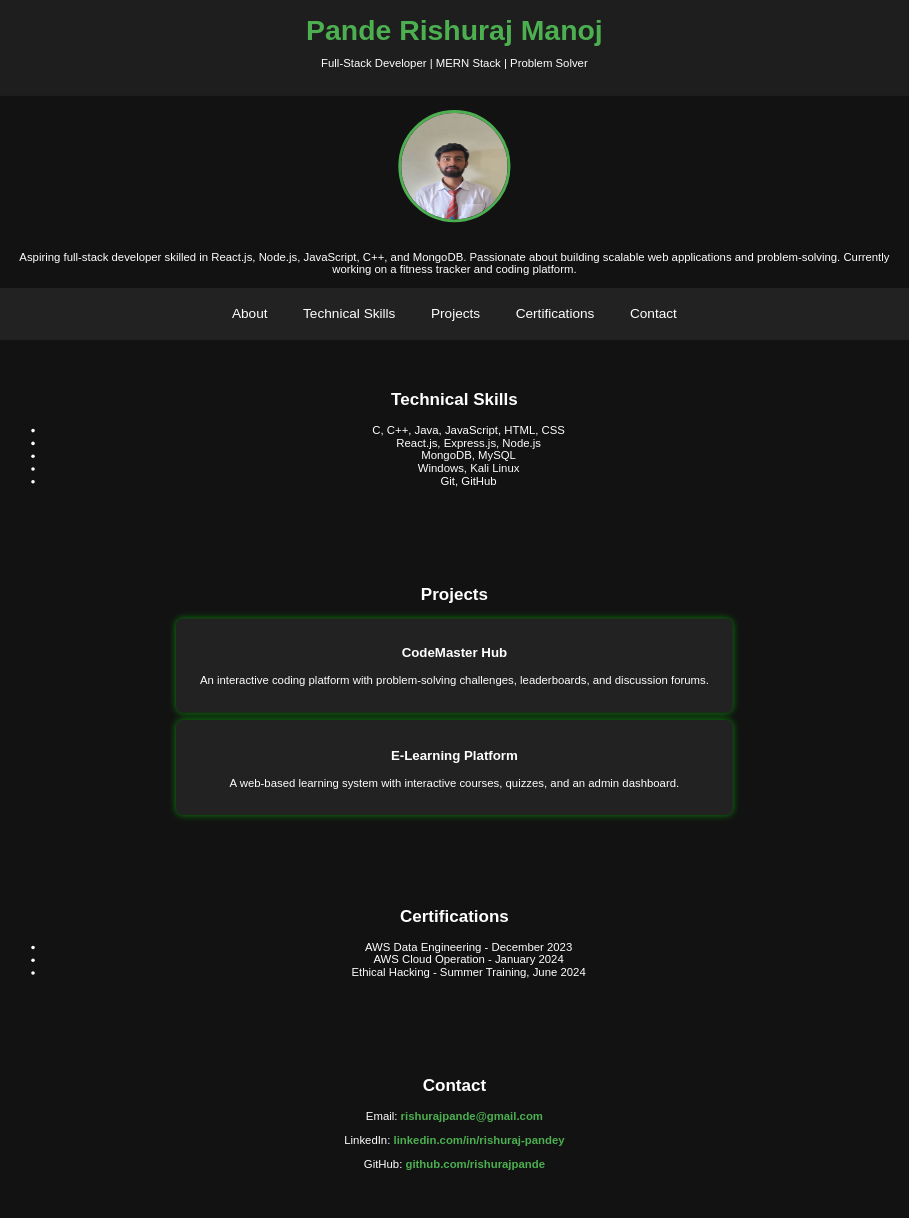
Repository: Rishuraj-Pandey/portfolio
Page: index.html
These files come from the project's save history. The page is drawn as it stood at one moment and after the next save; the edit follows.
The browser window is 1280 px wide. The pictures show the whole page, at 71% of full size.

Above is the page before, as saved 2025-03-22 00:47:51.

After the next save:
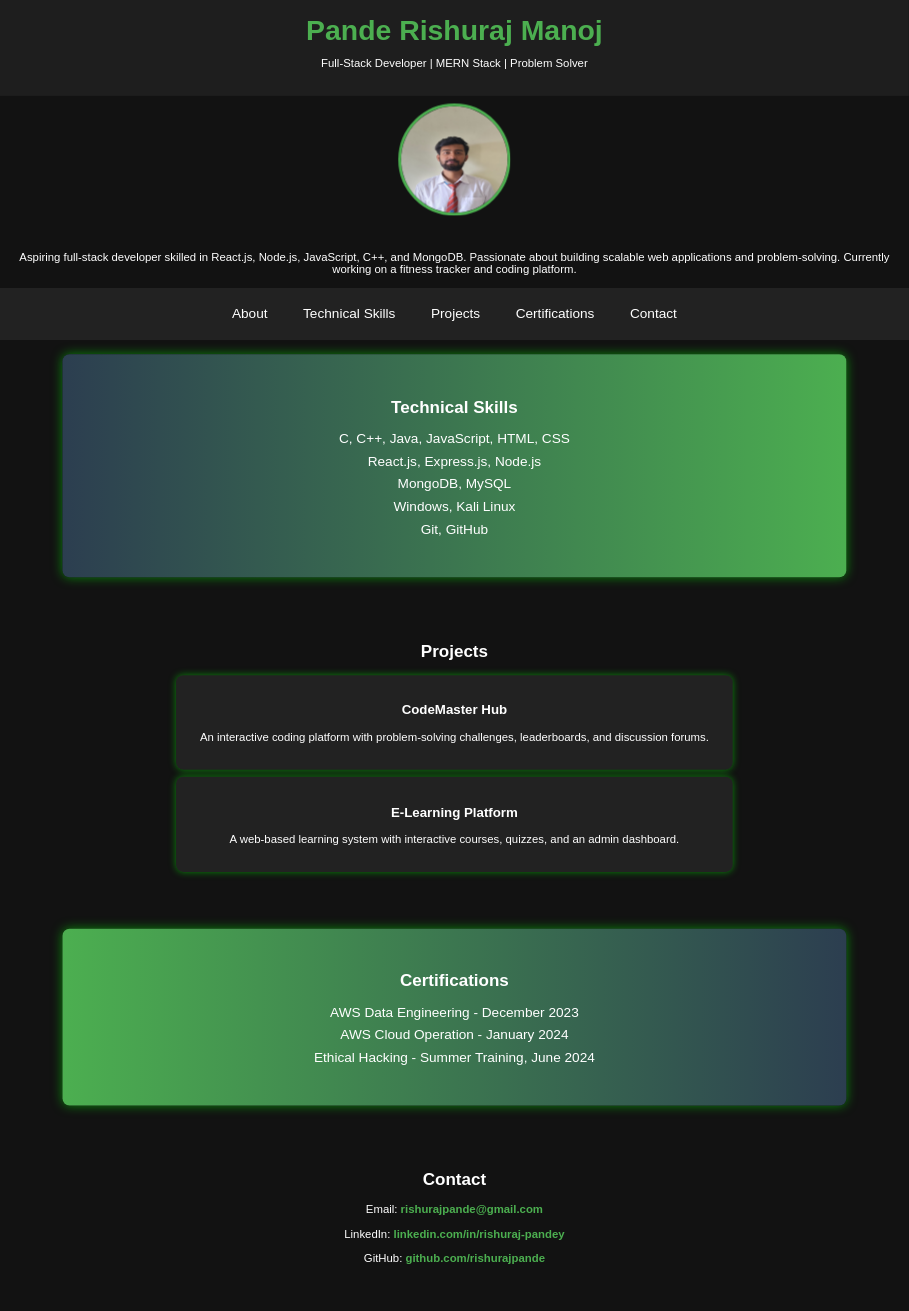
Saved 4 min 17 s later.
--- a/style.css
+++ b/style.css
@@ -11,6 +11,7 @@ body {
 header {
     background-color: #1e1e1e;
     padding: 20px;
+    animation: fadeIn 1s ease-in-out;
 }
 
 h1 {
@@ -25,6 +26,7 @@ h1 {
     border-radius: 50%;
     margin: 20px 0;
     border: 4px solid #4CAF50;
+    animation: bounce 1.5s infinite;
 }
 
 nav {
@@ -64,6 +66,44 @@ nav ul li a:hover {
     padding: 50px 20px;
 }
 
+.tech {
+    background: linear-gradient(to right, #2c3e50, #4CAF50);
+    padding: 40px;
+    border-radius: 10px;
+    margin: 20px auto;
+    width: 80%;
+    box-shadow: 0px 0px 15px rgba(0, 255, 0, 0.5);
+}
+
+.tech ul {
+    list-style: none;
+    padding: 0;
+}
+
+.tech ul li {
+    font-size: 1.2em;
+    margin: 10px 0;
+}
+
+.certifications {
+    background: linear-gradient(to right, #4CAF50, #2c3e50);
+    padding: 40px;
+    border-radius: 10px;
+    margin: 20px auto;
+    width: 80%;
+    box-shadow: 0px 0px 15px rgba(0, 255, 0, 0.5);
+}
+
+.certifications ul {
+    list-style: none;
+    padding: 0;
+}
+
+.certifications ul li {
+    font-size: 1.2em;
+    margin: 10px 0;
+}
+
 .project-card {
     background-color: #222;
     padding: 20px;
@@ -71,11 +111,12 @@ nav ul li a:hover {
     width: 60%;
     border-radius: 10px;
     box-shadow: 0px 0px 10px rgba(0, 255, 0, 0.5);
-    transition: transform 0.3s;
+    transition: transform 0.3s, box-shadow 0.3s;
 }
 
 .project-card:hover {
     transform: scale(1.05);
+    box-shadow: 0px 0px 20px rgba(0, 255, 0, 0.8);
 }
 
 .contact a {
@@ -87,3 +128,20 @@ nav ul li a:hover {
 .contact a:hover {
     text-decoration: underline;
 }
+
+footer {
+    background: #1e1e1e;
+    padding: 10px;
+    margin-top: 20px;
+    font-size: 1em;
+}
+
+@keyframes fadeIn {
+    from { opacity: 0; }
+    to { opacity: 1; }
+}
+
+@keyframes bounce {
+    0%, 100% { transform: translateY(0); }
+    50% { transform: translateY(-10px); }
+}
